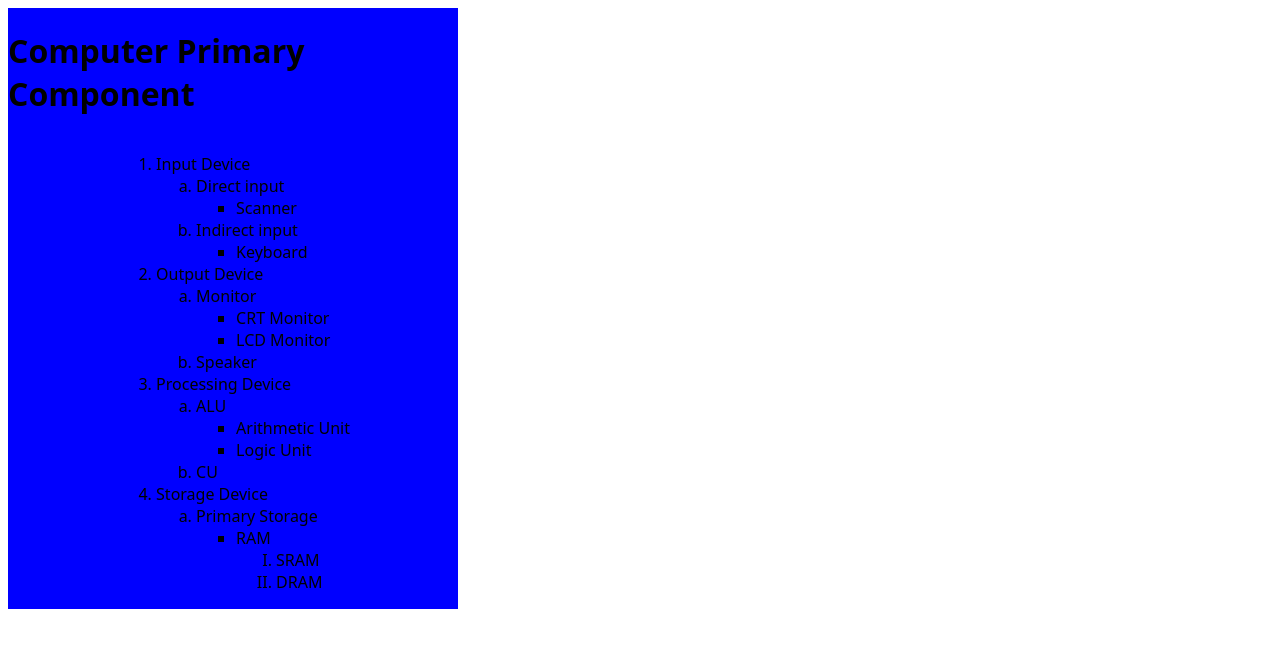
Repository: SharonSebastian32/Nested_List_in_html
Page: index.html
The author's editor kept a copy of each file at every save. The page is drawn from the files as they stood at one save, then again after the next save.
The browser window is 1280 px wide. The pictures show the whole page.

Above is the page before, as saved 2024-09-01 07:49:25.

### index.html
<!DOCTYPE html>
<html lang="en">
  <head>
    <meta charset="UTF-8" />
    <meta name="viewport" content="width=device-width, initial-scale=1.0" />
    <title>Document</title>
    <link rel="stylesheet" href="./Styles/Styles.css" />
  </head>
  <body> <center></center>
    <div
      style="
        display: flex;
        justify-content: center;
        align-items: center;
        flex-direction: column;
        background-color: blue;
        width: 450px;
      "
    >
      <h1>Computer Primary Component</h1>
      <ol>
        <li>Input Device</li>
        <ol type="a">
          <li>Direct input</li>
          <ul style="list-style-type: square">
            <li>Scanner</li>
          </ul>
          <li>Indirect input</li>
          <ul>
            <li>Keyboard</li>
          </ul>
        </ol>
        <li>Output Device</li>
        <ol type="a">
          <li>Monitor</li>
          <ul>
            <li>CRT Monitor</li>
            <li>LCD Monitor</li>
          </ul>
          <li>Speaker</li>
        </ol>
        <li>Processing Device</li>
        <ol type="a">
          <li>ALU</li>
          <ul>
            <li>Arithmetic Unit</li>
            <li>Logic Unit</li>
          </ul>
          <ul></ul>
          <li>CU</li>
        </ol>
        <li>Storage Device</li>
        <ol type="a">
          <li>Primary Storage</li>
          <ul>
            <li>RAM</li>
            <ol type="I">
              <li>SRAM</li>
              <li>DRAM</li>
            </ol>
          </ul>
        </ol>
      </ol>
    </div>
  </body>
</html>

### Styles/Styles.css
*{
    font-family: system-ui, -apple-system, BlinkMacSystemFont, 'Segoe UI', Roboto, Oxygen, Ubuntu, Cantarell, 'Open Sans', 'Helvetica Neue', sans-serif;

}

After the next save:
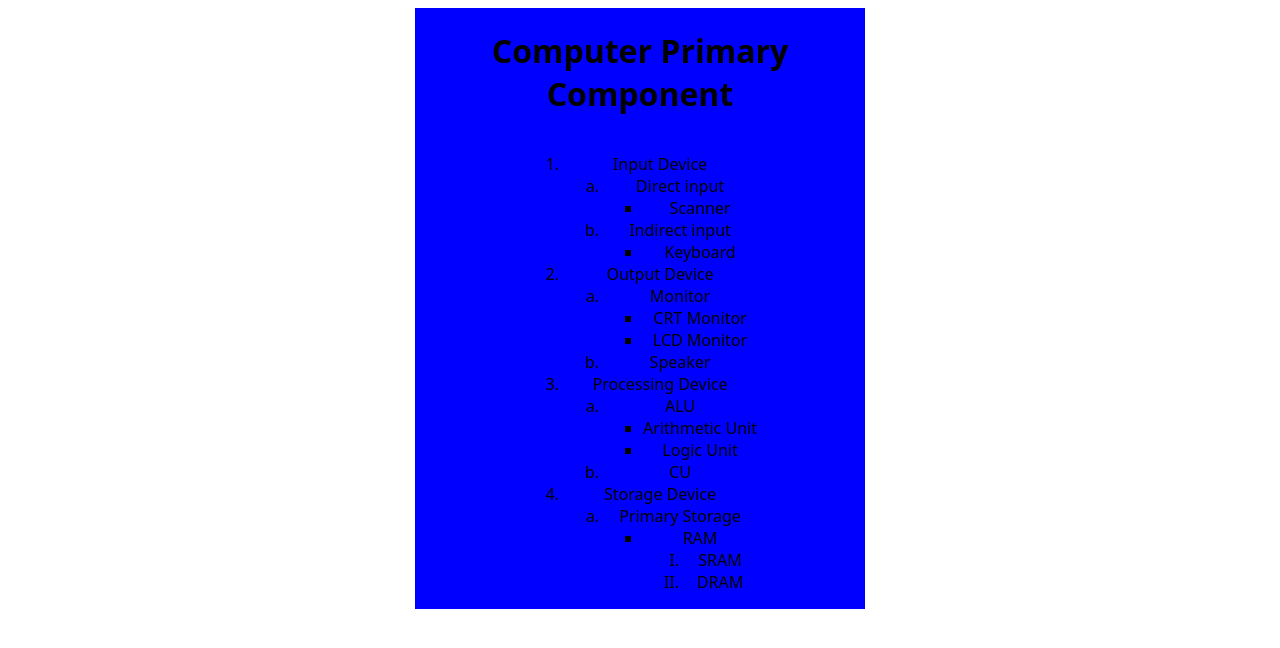
Saved 7 s later.
--- a/index.html
+++ b/index.html
@@ -6,8 +6,7 @@
     <title>Document</title>
     <link rel="stylesheet" href="./Styles/Styles.css" />
   </head>
-  <body> <center></center>
-    <div
+  <body> <center><div
       style="
         display: flex;
         justify-content: center;
@@ -61,6 +60,7 @@
           </ul>
         </ol>
       </ol>
-    </div>
+    </div></center>
+
   </body>
 </html>
